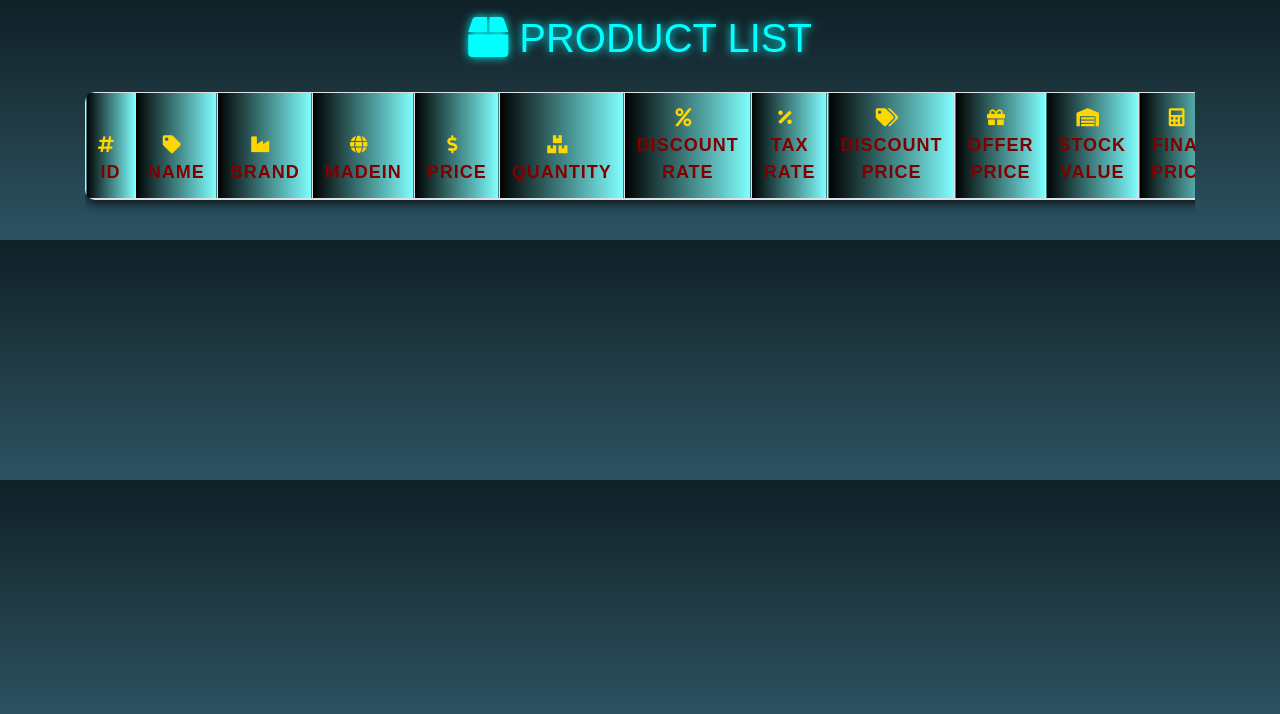
Repository: Ravi-kishor-09/Ravi-projects
Page: http://localhost/product-list
An editor plug-in stored every save of this project. The page is shown before and after the next save, followed by the edit.
The browser window is 1280 px wide. The pictures show the whole page.
The page is this project's Thymeleaf template; nobody is signed in. The template is opened directly, without the code that normally fills it, so the values that code supplies are empty.

Above is the page before, as saved 2024-12-20 19:30:35.

After the next save:
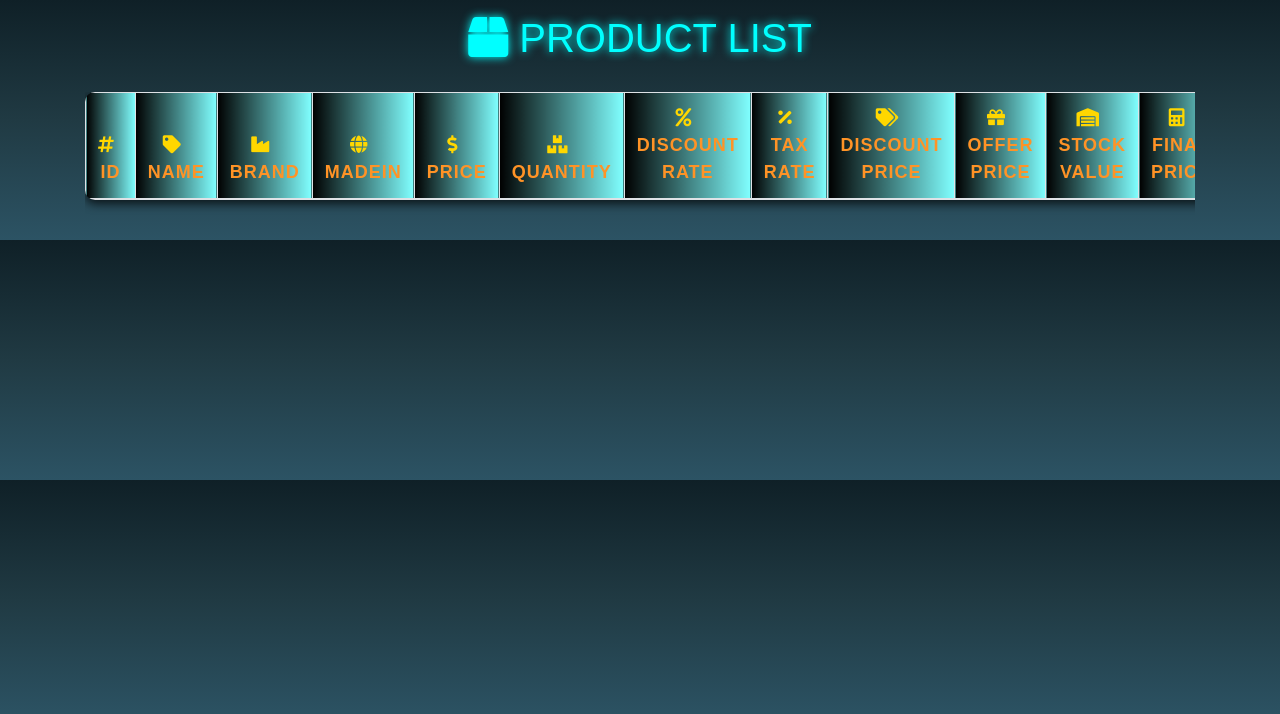
Saved 20 s later.
--- a/spring1/src/main/resources/templates/product-list.html
+++ b/spring1/src/main/resources/templates/product-list.html
@@ -35,7 +35,7 @@
         }
         thead th {
             background: linear-gradient(90deg, rgb(0, 0, 0), rgb(128, 255, 255));
-            color: rgb(128, 0, 0);
+            color: rgb(255, 147, 38);
             font-weight:bolder;
 			font-size: large;
             text-transform: uppercase;
